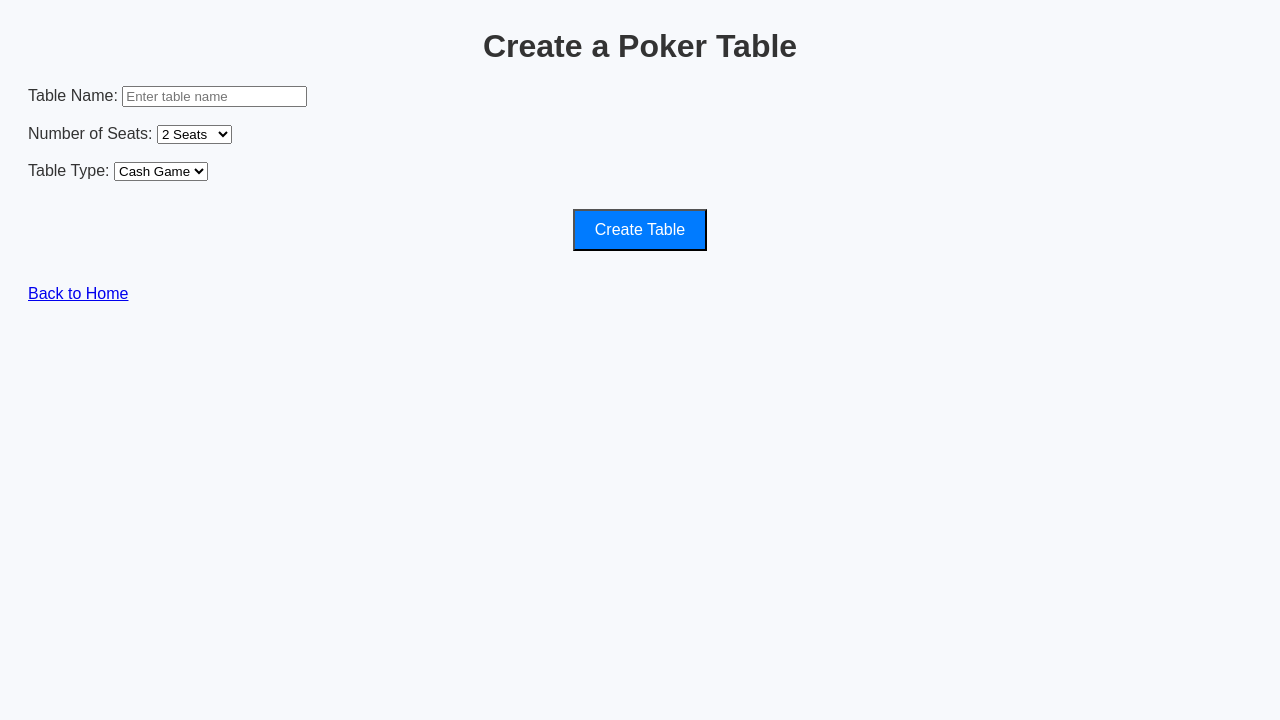
Repository: KidBillionaire/newapp
Page: public/create-table.html
These files come from the project's save history. The page is drawn as it stood at one moment and after the next save; the edit follows.
The browser window is 1280 px wide. The pictures show the whole page.
Backgrounds fixed to the window are drawn as part of the page.

Above is the page before, as saved 2024-10-10 16:16:57.

### public/create-table.html
<head>
    <meta charset="UTF-8">
    <meta name="viewport" content="width=device-width, initial-scale=1.0">
    <title>Create a Poker Table</title>
    <link rel="stylesheet" href="styles.css"> <!-- Link to your existing styles -->
    <script defer src="/js/createTable.js"></script> <!-- Link to frontend JS for this page -->
  </head>

<body>
  <h1>Create a Poker Table</h1>

  <!-- Form to Create a New Poker Table -->
  <form id="createTableForm">
    <label for="tableName">Table Name:</label>
    <input type="text" id="tableName" placeholder="Enter table name" required>
    <br><br>

    <label for="numSeats">Number of Seats:</label>
    <select id="numSeats">
      <option value="2">2 Seats</option>
      <option value="6">6 Seats</option>
      <option value="10">10 Seats</option>
    </select>
    <br><br>

    <label for="tableType">Table Type:</label>
    <select id="tableType">
      <option value="cash">Cash Game</option>
      <option value="tournament">Tournament</option>
    </select>
    <br><br>

    <button type="submit">Create Table</button>
  </form>

  <!-- Link back to the main page -->
  <br>
  <a href="index.html">Back to Home</a>
</body>
</html>

### public/styles.css
body {
    font-family: Arial, sans-serif;
    background-color: #f7f9fc;
    padding: 20px;
}

h1 {
    text-align: center;
    color: #333;
}

#userTable {
    width: 80%;
    margin: 0 auto;
    border-collapse: collapse;
}

#userTable th,
#userTable td {
    border: 1px solid #ddd;
    padding: 8px;
    text-align: center;
}

#userTable th {
    background-color: #333;
    color: white;
}

button {
    display: block;
    margin: 10px auto;
    padding: 10px 20px;
    font-size: 16px;
    cursor: pointer;
}

button:hover {
    background-color: #555;
    /* Darker background */
    color: #fff;
    /* White text */
}


.montserrat-title {
    font-family: 'Montserrat', sans-serif;
    font-weight: 700;
    /* strong title font */
}

.montserrat-body {
    font-family: 'Montserrat', sans-serif;
    font-weight: 400;
    /* normal body font */
}

.container {
    display: flex;
    justify-content: space-around;
    align-items: center;
}

:root {
    --primary-color: #333;
    --secondary-color: #007BFF;
    --background: #f7f9fc;
}

body {
    background: var(--background);
    color: var(--primary-color);
}

button {
    background-color: var(--secondary-color);
    color: white;
}

/* Profile Settings Section */
#profileSettings {
    margin: 20px auto;
    width: 50%;
    border: 1px solid #ddd;
    padding: 20px;
    background-color: #fff;
    box-shadow: 0 0 10px rgba(0, 0, 0, 0.1);
}

.hidden {
    display: none;
}

#profileSettings label {
    display: inline-block;
    width: 150px;
}

#profileSettings input {
    width: calc(100% - 160px);
    padding: 8px;
    margin: 8px 0;
}

#profileSettings button {
    width: 100%;
    padding: 10px;
    background-color: #333;
    color: white;
    border: none;
    cursor: pointer;
}
/* Create a specific class for the Create Poker Table page background */
.create-table-page {
    background-image: url('images/vecteezy_poker-table-green-cloth-on-dark-background-vector-illustration_6325236.jpg'); /* Set background image */
    background-size: cover;         /* Scale the image to cover the entire page */
    background-repeat: no-repeat;   /* Prevent tiling */
    background-position: center;    /* Center the background */
    background-attachment: fixed;   /* Make the background fixed during scroll */
    padding: 20px;
    height: 100vh;                  /* Set height to fill the entire view height */
    display: flex;                  /* Use flexbox for centering */
    justify-content: center;        /* Center content horizontally */
    align-items: center;            /* Center content vertically */
  }

### public/js/createTable.js
document.addEventListener('DOMContentLoaded', () => {
    const createTableForm = document.getElementById('createTableForm');

    // Handle the form submission
    createTableForm.addEventListener('submit', async (event) => {
      event.preventDefault();

      // Get form values
      const tableName = document.getElementById('tableName').value;
      const numSeats = document.getElementById('numSeats').value;
      const tableType = document.getElementById('tableType').value;

      // Create the table data object
      const tableData = {
        tableName,
        numSeats: parseInt(numSeats),
        tableType,
      };

      // Send the data to the server
      try {
        const response = await fetch('/tables', {
          method: 'POST',
          headers: { 'Content-Type': 'application/json' },
          body: JSON.stringify(tableData),
        });

        if (response.ok) {
          alert('Poker table created successfully!');
          createTableForm.reset(); // Clear the form
        } else {
          alert('Failed to create table');
        }
      } catch (error) {
        console.error('Error creating table:', error);
        alert('An error occurred. Please try again.');
      }
    });
  });

After the next save:
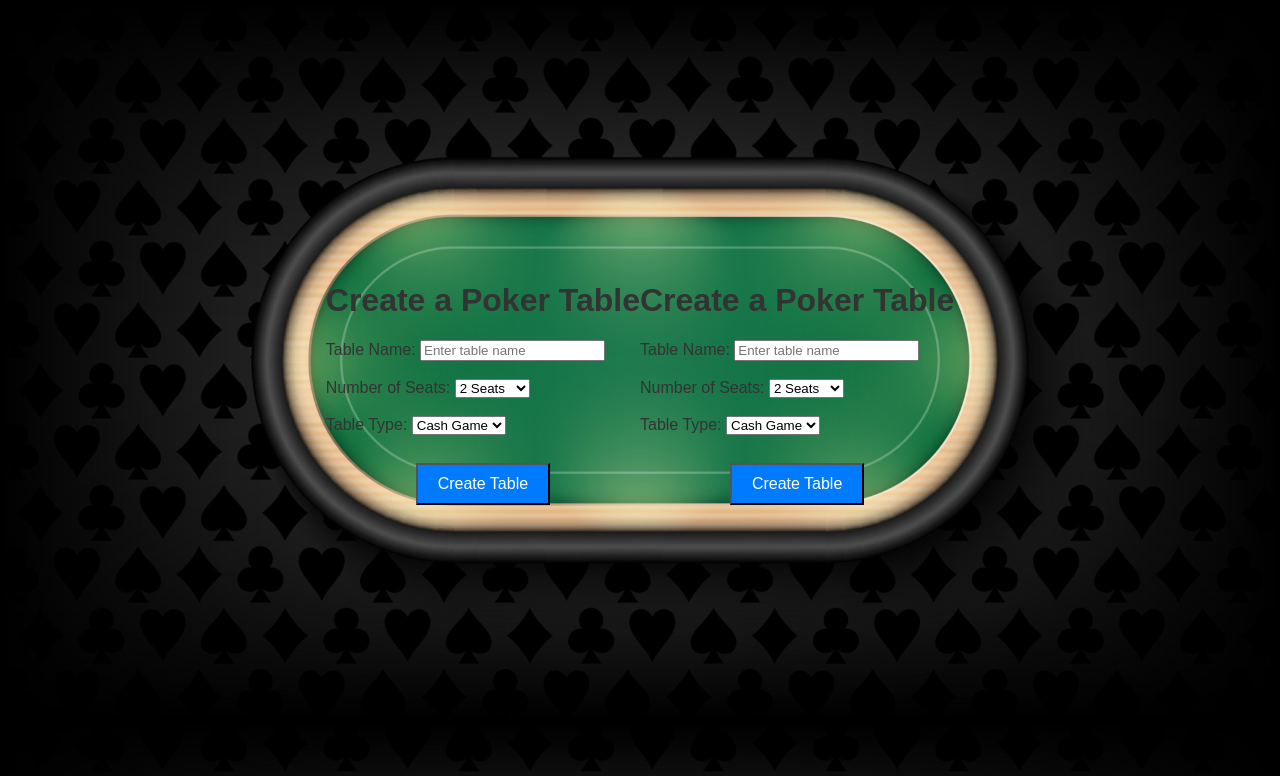
Saved 33 s later.
--- a/public/create-table.html
+++ b/public/create-table.html
@@ -1,40 +1,76 @@
+<!DOCTYPE html>
+<html lang="en">
 <head>
-    <meta charset="UTF-8">
-    <meta name="viewport" content="width=device-width, initial-scale=1.0">
-    <title>Create a Poker Table</title>
-    <link rel="stylesheet" href="styles.css"> <!-- Link to your existing styles -->
-    <script defer src="/js/createTable.js"></script> <!-- Link to frontend JS for this page -->
-  </head>
+  <meta charset="UTF-8">
+  <meta name="viewport" content="width=device-width, initial-scale=1.0">
+  <title>Create a Poker Table</title>
+  <link rel="stylesheet" href="styles.css"> <!-- Link to your styles -->
+  <script defer src="/js/createTable.js"></script> <!-- Link to frontend JS for this page -->
+</head>
+<body class="create-table-page"> <!-- Add the class here to apply the background -->
+  <div>
+    <h1>Create a Poker Table</h1>
+    <!-- Form to Create a New Poker Table -->
+    <form id="createTableForm">
+      <label for="tableName">Table Name:</label>
+      <input type="text" id="tableName" placeholder="Enter table name" required>
+      <br><br>
 
-<body>
-  <h1>Create a Poker Table</h1>
+      <label for="numSeats">Number of Seats:</label>
+      <select id="numSeats">
+        <option value="2">2 Seats</option>
+        <option value="6">6 Seats</option>
+        <option value="10">10 Seats</option>
+      </select>
+      <br><br>
 
-  <!-- Form to Create a New Poker Table -->
-  <form id="createTableForm">
-    <label for="tableName">Table Name:</label>
-    <input type="text" id="tableName" placeholder="Enter table name" required>
-    <br><br>
+      <label for="tableType">Table Type:</label>
+      <select id="tableType">
+        <option value="cash">Cash Game</option>
+        <option value="tournament">Tournament</option>
+      </select>
+      <br><br>
 
-    <label for="numSeats">Number of Seats:</label>
-    <select id="numSeats">
-      <option value="2">2 Seats</option>
-      <option value="6">6 Seats</option>
-      <option value="10">10 Seats</option>
-    </select>
-    <br><br>
-
-    <label for="tableType">Table Type:</label>
-    <select id="tableType">
-      <option value="cash">Cash Game</option>
-      <option value="tournament">Tournament</option>
-    </select>
-    <br><br>
-
-    <button type="submit">Create Table</button>
-  </form>
-
-  <!-- Link back to the main page -->
-  <br>
-  <a href="index.html">Back to Home</a>
+      <button type="submit">Create Table</button>
+    </form>
+  </div>
 </body>
 </html>
+<!DOCTYPE html>
+<html lang="en">
+<head>
+  <meta charset="UTF-8">
+  <meta name="viewport" content="width=device-width, initial-scale=1.0">
+  <title>Create a Poker Table</title>
+  <link rel="stylesheet" href="styles.css"> <!-- Link to your styles -->
+  <script defer src="/js/createTable.js"></script> <!-- Link to frontend JS for this page -->
+</head>
+<body class="create-table-page"> <!-- Add the class here to apply the background -->
+  <div>
+    <h1>Create a Poker Table</h1>
+    <!-- Form to Create a New Poker Table -->
+    <form id="createTableForm">
+      <label for="tableName">Table Name:</label>
+      <input type="text" id="tableName" placeholder="Enter table name" required>
+      <br><br>
+
+      <label for="numSeats">Number of Seats:</label>
+      <select id="numSeats">
+        <option value="2">2 Seats</option>
+        <option value="6">6 Seats</option>
+        <option value="10">10 Seats</option>
+      </select>
+      <br><br>
+
+      <label for="tableType">Table Type:</label>
+      <select id="tableType">
+        <option value="cash">Cash Game</option>
+        <option value="tournament">Tournament</option>
+      </select>
+      <br><br>
+
+      <button type="submit">Create Table</button>
+    </form>
+  </div>
+</body>
+</html>
